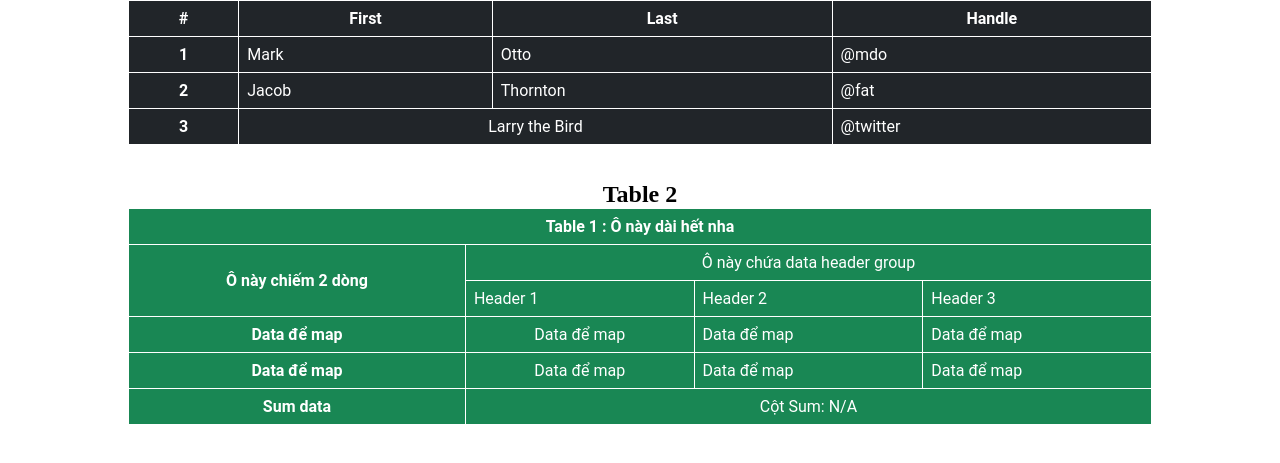
Repository: ThuatDev/BTVN_FE_JUNE
Page: index.html
The author's editor kept a copy of each file at every save. The page is drawn from the files as they stood at one save, then again after a run of saves.
The browser window is 1280 px wide. The pictures show the whole page.

Above is the page before, as saved 2023-08-02 15:42:44.

After the next 2 saves:
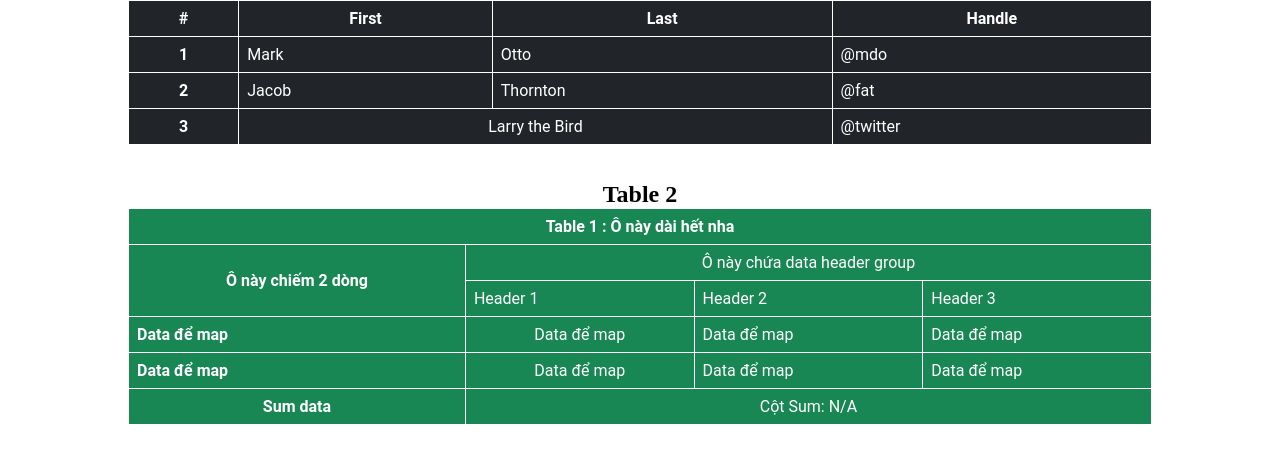
The 2 saves are shown as one change because they came seconds apart.
The last was saved 9 s later.
--- a/index.html
+++ b/index.html
@@ -186,17 +186,17 @@
           <td>Header 2</td>
           <td>Header 3</td>
         </tr>
-        <tr>
+        <tr class="table-left">
           <th scope="row">Data để map</th>
           <td colspan="1">Data để map</td>
           <td>Data để map</td>
           <td>Data để map</td>
         </tr>
-        <tr>
+        <tr class="table-left">
           <th scope="row">Data để map</th>
           <td colspan="1">Data để map</td>
-          <td class="table-left">Data để map</td>
-          <td class="table-left">Data để map</td>
+          <td>Data để map</td>
+          <td>Data để map</td>
         </tr>
         <tr>
           <th scope="row">Sum data</th>
